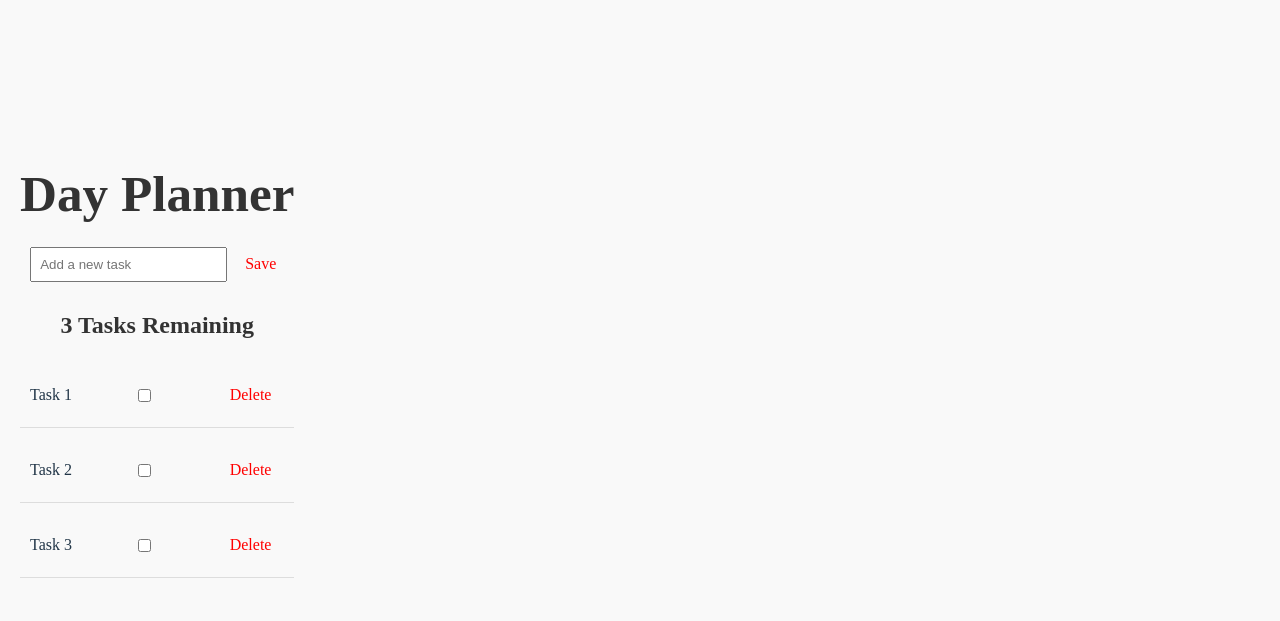
Repository: GavinPahal/Lab7
Page: /
These files come from the project's save history. The page is drawn as it stood at one moment and after the next save; the edit follows.
The browser window is 1280 px wide. The pictures show the whole page.
The project was rebuilt for these pictures with package versions that can differ from the ones it lists, and the page was loaded fresh each time. Also part of the build but not shown: vite.config.js.

Above is the page before, as saved 2024-10-23 16:53:26.

### src/App.jsx
import React, { useState } from 'react';
import Task from './components/Task';
import TaskForm from './components/TaskForm';
import './App.css';

function App() {
  const [tasks, setTasks] = useState([
    { text: 'Task 1', isCompleted: false },
    { text: 'Task 2', isCompleted: false },
    { text: 'Task 3', isCompleted: false },
  ]);  // Initial 3 tasks

  const [showAll, setShowAll] = useState(false);  // State to toggle showing all tasks

  // Function to add a new task
  const addTask = (task) => {
    setTasks([...tasks, { text: task, isCompleted: false }]);
  };

  // Function to toggle task completion status
  const toggleTask = (index) => {
    const newTasks = [...tasks];
    newTasks[index].isCompleted = !newTasks[index].isCompleted;
    setTasks(newTasks);
  };

  // Function to delete a task
  const deleteTask = (index) => {
    const newTasks = tasks.filter((_, i) => i !== index);
    setTasks(newTasks);
  };

  // Get the count of pending tasks
  const pendingTasks = tasks.filter(task => !task.isCompleted).length;

  // Control how many tasks to display (first 3 or all)
  const tasksToDisplay = showAll ? tasks : tasks.slice(0, 3);

  return (
    <div className="app">
      <h1>Day Planner</h1>

      {/* TaskForm is now between the heading and task count */}
      <TaskForm addTask={addTask} />

      <h2>{pendingTasks} Tasks Remaining</h2>

      <div className="task-list">
        {tasksToDisplay.length > 0 ? (
          tasksToDisplay.map((task, index) => (
            <Task
              key={index}
              index={index}
              task={task}
              toggleTask={toggleTask}
              deleteTask={deleteTask}
            />
          ))
        ) : (
          <p>No tasks available. Add a new task above.</p>
        )}
      </div>

      {tasks.length > 3 && !showAll && (
        <button onClick={() => setShowAll(true)}>Show All Tasks</button>
      )}
    </div>
  );
}

export default App;

### src/components/Task.jsx
import React from 'react';

function Task({ task, index, toggleTask, deleteTask }) {
  return (
    <div className={`task ${task.isCompleted ? 'completed' : ''}`}>
      <span>{task.text}</span>
      <input
        type="checkbox"
        checked={task.isCompleted}
        onChange={() => toggleTask(index)}
      />
      <button onClick={() => deleteTask(index)}>Delete</button>
    </div>
  );
}

export default Task;

### src/components/TaskForm.jsx
import React, { useState } from 'react';

function TaskForm({ addTask }) {
  const [value, setValue] = useState('');

  const handleSubmit = (e) => {
    e.preventDefault();
    if (!value) return;
    addTask(value);
    setValue('');
  };

  return (
    <form onSubmit={handleSubmit} className="task-form">
      <input
        type="text"
        value={value}
        onChange={(e) => setValue(e.target.value)}
        placeholder="Add a new task"
      />
      <button type="submit">Save</button>  {/* Changed 'Add' to 'Save' */}
    </form>
  );
}

export default TaskForm;

### src/App.css
body {
  font-family: 'Times New Roman', serif;
  margin: 0;
  padding: 0;
  background-color: #f9f9f9;
}

.app {
  max-width: 400px;
  margin: 50px auto;
  padding: 20px;
  text-align: center;
}

h1, h2 {
  margin-bottom: 20px;
  color: #333;
}

.task-list {
  margin-top: 20px;
}

.task {
  display: flex;
  justify-content: space-between;
  align-items: center;
  padding: 10px;
  margin-bottom: 10px;
  border-bottom: 1px solid #ddd;
}

.task.completed {
  text-decoration: line-through;
  color: #aaa;
}

button {
  border: none;
  background: none;
  color: red;
  cursor: pointer;
}

input[type="text"], button {
  padding: 8px;
  margin: 5px;
}

Loaded but not shown: index.html (common file); src/main.jsx (common file); src/index.css (common file)

After the next save:
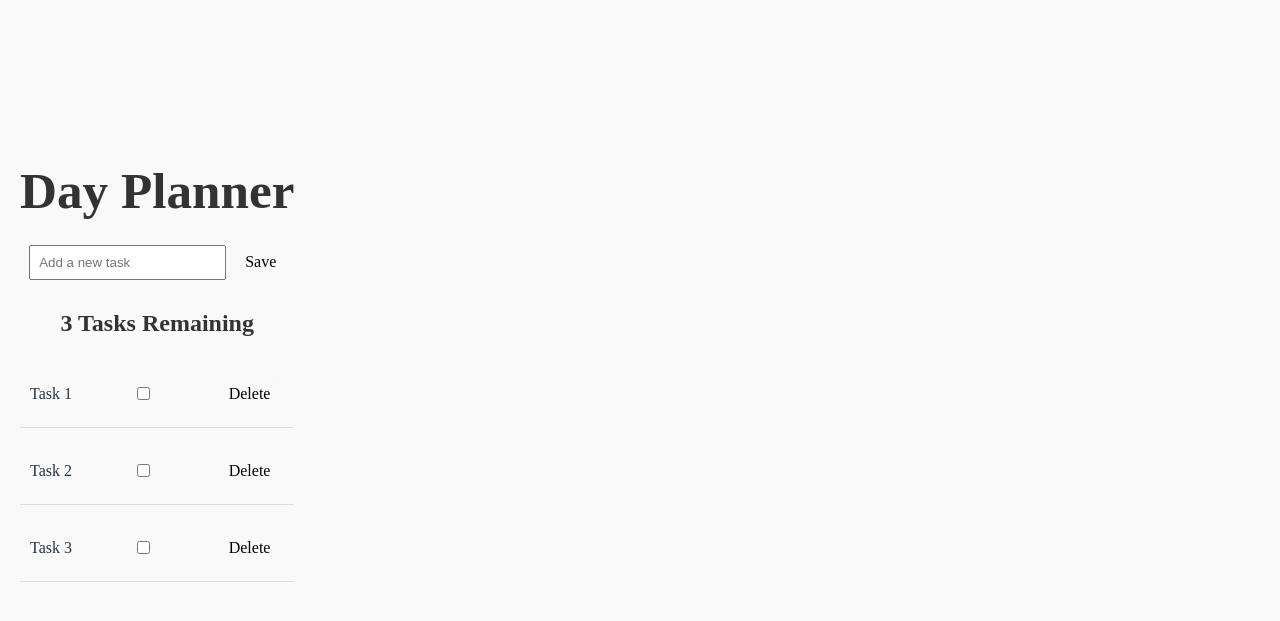
Saved 91 s later.
--- a/src/App.css
+++ b/src/App.css
@@ -35,11 +35,23 @@ h1, h2 {
   color: #aaa;
 }
 
-button {
-  border: none;
-  background: none;
-  color: red;
+/* Style the Save button */
+.save-button {
+  background-color: green; /* Green background */
+  color: white; /* White text */
+  padding: 10px 20px; /* Padding to make it a box */
+  border: none; /* No border */
   cursor: pointer;
+  font-size: 16px;
+  border-radius: 5px; /* Optional: Rounded corners */
+}
+
+button:active {
+  transform: scale(0.98); /* Optional: button press effect */
+}
+
+button:hover {
+  background-color: darkgreen; /* Darker green on hover */
 }
 
 input[type="text"], button {
